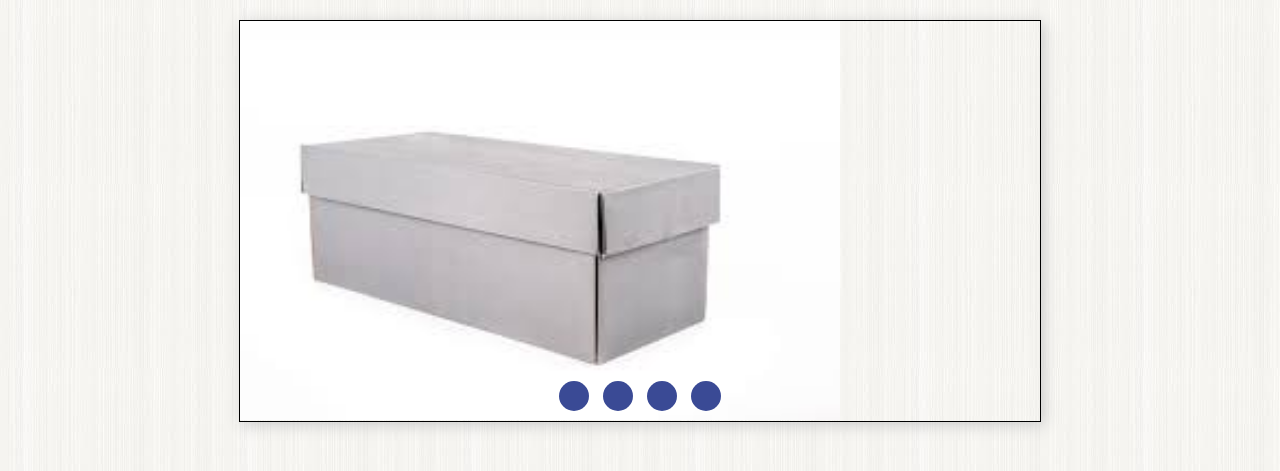
Repository: lauroPereira/study
Page: http://localhost/modules/home/home.php
An editor plug-in stored every save of this project. The page is shown before and after the next save, followed by the edit.
The browser window is 1280 px wide. The pictures show the whole page.
The page is run by PHP 8.4 with error messages shown; the project is at /var/www/html/.

Above is the page before, as saved 2016-06-14 05:06:58.

After the next save:
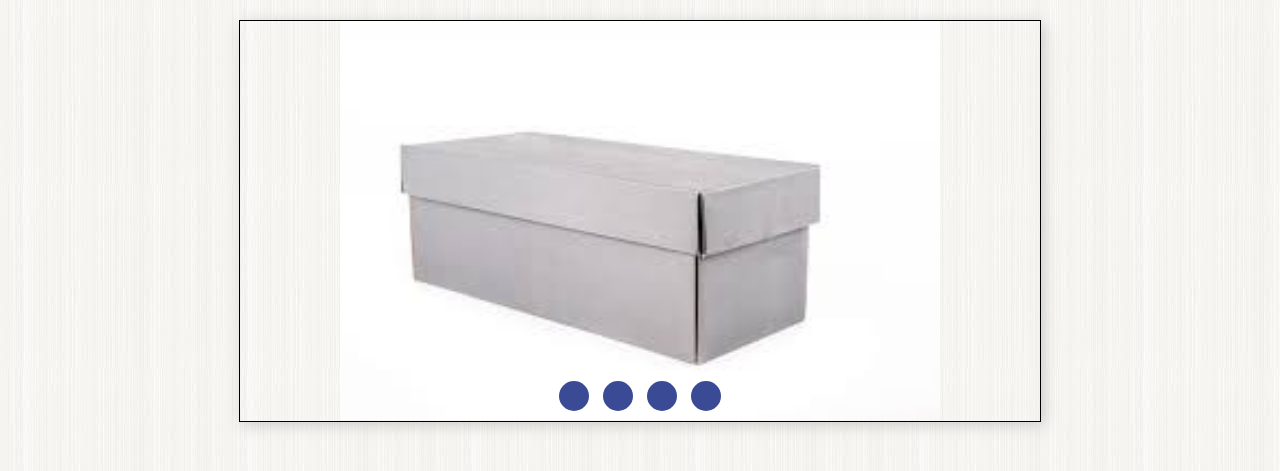
Saved 16 s later.
--- a/TrabalhoFinalWeb/css/home.css
+++ b/TrabalhoFinalWeb/css/home.css
@@ -10,6 +10,8 @@
 	background-image: url("../../img/promo1.jpg");
 	background-repeat: no-repeat;
 	background-size: 600px;
+	background-position: center;
+
 }
 
 #carousel div{
